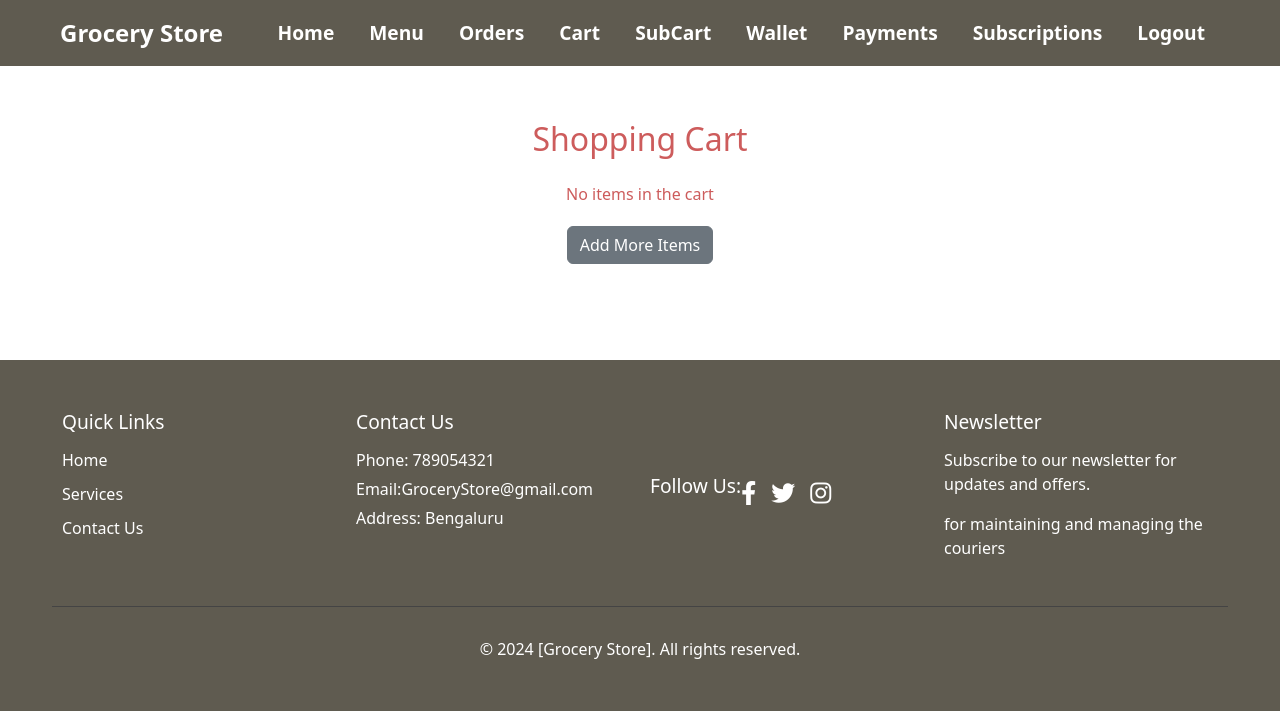
Repository: NagaMounikaY/GroceriesSubscriptionBookingManagement
Page: http://localhost/GroceriesSubBookingSystem/WEB-INF/views/addToCart.jsp
An editor plug-in stored every save of this project. The page is shown before and after the next save, followed by the edit.
The browser window is 1280 px wide. The pictures show the whole page.
The page is served by Tomcat 9. Nobody is signed in. Other server files are loaded and not shown. The template is opened directly, without the code that normally fills it, so the values that code supplies are empty.

Above is the page before, as saved 2024-09-17 03:55:49.

### GroceriesSubBookingSystem/src/main/webapp/WEB-INF/views/addToCart.jsp
<%@ page language="java" contentType="text/html; charset=ISO-8859-1"
    pageEncoding="ISO-8859-1" isELIgnored="false" import="com.crimsonlogic.groceriessubbookingsystem.entity.Order" %>
<%@ taglib uri="http://java.sun.com/jsp/jstl/core" prefix="c" %>
<!DOCTYPE html>
<html>
<head>
    <meta charset="UTF-8">
    <meta name="viewport" content="width=device-width, initial-scale=1.0">
    <title>Shopping Cart</title>
    <link rel="stylesheet" href="https://stackpath.bootstrapcdn.com/bootstrap/4.5.2/css/bootstrap.min.css">
    <link rel="stylesheet" href="https://cdnjs.cloudflare.com/ajax/libs/font-awesome/5.15.4/css/all.min.css">
    <style>
        .cart-table th, .cart-table td {
            vertical-align: middle;
        }
        .cart-table img {
            width: 100px; /* Increased width */
            height: auto;
        }
        .btn-back {
            margin-top: 20px;
        }
        .total-amount {
            font-weight: bold;
            font-size: 1.2em;
        }
        .quantity-buttons {
            display: flex;
            align-items: center;
        }
        .quantity-buttons button {
            width: 30px; /* Reduced button width */
            height: 30px; /* Reduced button height */
            font-size: 1.2rem; /* Reduced font size */
            line-height: 1;
            border: none;
            background-color: rgba(220, 53, 69, 0.8); /* Danger color (red) */
            color: white;
            cursor: pointer;
            display: flex;
            align-items: center;
            justify-content: center;
        }
        .quantity-buttons button:hover {
            background-color: rgba(220, 53, 69, 1); /* Darker red on hover */
        }
        .quantity-buttons span {
            display: inline-block;
            width: 30px; /* Match width to button size */
            height: 30px; /* Match height to button size */
            line-height: 30px;
            text-align: center;
            font-size: 1.2rem; /* Match font size to button */
            border: 1px solid #ced4da;
            border-radius: 0.25rem;
            background-color: #fff;
        }
        .btn-primary {
            background-color: rgba(56, 51, 37, 0.8); /* Custom color */
            border-color: rgba(56, 51, 37, 0.8); /* Match border color */
        }
        .btn-primary:hover {
            background-color: rgba(56, 51, 37, 1); /* Darker color on hover */
            border-color: rgba(56, 51, 37, 1); /* Match border color on hover */
        }
        .btn-light {
            background-color: rgba(56, 51, 37, 0.8); /* Custom color */
            border-color: rgba(56, 51, 37, 0.8); /* Match border color */
        }
        .btn-light:hover {
            background-color: rgba(56, 51, 37, 1); /* Darker color on hover */
            border-color: rgba(56, 51, 37, 1); /* Match border color on hover */
        }
        .text-center {
            color: #CD5C5C; /* Match the icon color */
        }
    </style>
</head>
<body>
    <!-- Header Section -->
    <jsp:include page="/customerHeader.jsp"></jsp:include>
    <br><br><br>
    <div class="container mt-5">
        <h2 class="mb-4 text-center">Shopping Cart</h2>
        <c:choose>
            <c:when test="${empty cart}">
                <p class="text-center">No items in the cart</p>
            </c:when>
            <c:otherwise>
                <table class="table table-bordered cart-table">
                    <thead class="btn-secondary">
                        <tr>
                            <th>Item</th>
                            <th>Image</th>
                            <th>Price</th>
                            <th>Date</th>
                            <th>Quantity</th>
                            <th>Total</th>
                            <th>Action</th>
                        </tr>
                    </thead>
                    <tbody>
                        <c:forEach var="order" items="${cart}" varStatus="status">
                            <tr>
                                <td>${order.grocery.groceryName}</td>
                                <td><img src="${pageContext.request.contextPath}/uploaded/${order.grocery.imageURL}" alt="Image of ${order.grocery.groceryName}"></td>
                                <td>$${order.grocery.grocery_price}</td>
                                <td>${order.order_date}</td>
                                <td>
                                    <div class="quantity-buttons">
                                        <form action="${pageContext.request.contextPath}/orders/reduceQuantity" method="post" style="display:inline;">
                                            <input type="hidden" name="index" value="${status.index}">
                                            <button type="submit" class="btn btn-light btn-sm"><i class="fas fa-minus"></i></button>
                                        </form>
                                        <span>${order.quantity}</span>
                                        <form action="${pageContext.request.contextPath}/orders/addQuantity" method="post" style="display:inline;">
                                            <input type="hidden" name="index" value="${status.index}">
                                            <button type="submit" class="btn btn-light btn-sm"><i class="fas fa-plus"></i></button>
                                        </form>
                                    </div>
                                </td>
                                <td>$${order.totalAmount}</td>
                                <td>
                                    <form action="${pageContext.request.contextPath}/orders/remove" method="post" style="display:inline;">
                                        <input type="hidden" name="index" value="${status.index}">
                                        <button type="submit" class="btn btn-danger btn-sm">Remove</button>
                                    </form>
                                </td>
                            </tr>
                        </c:forEach>
                    </tbody>
                </table>
                <div class="text-right total-amount">
                    Total Amount: $${totalAmount}
                </div>
                <div class="text-center mt-3">
                    <a href="${pageContext.request.contextPath}/orders/checkout" class="btn btn-primary">Card</a>
                    <a href="${pageContext.request.contextPath}/orders/walletcheckout" class="btn btn-primary">Wallet</a>
                </div>
            </c:otherwise>
        </c:choose>
        <div class="text-center btn-back">
            <a href="${pageContext.request.contextPath}/groceries/list" class="btn btn-secondary">Add More Items</a>
        </div>
    </div>

    <!-- Insufficient Balance Modal -->
    <div class="modal fade" id="insufficientBalanceModal" tabindex="-1" role="dialog" aria-labelledby="insufficientBalanceModalLabel" aria-hidden="true">
        <div class="modal-dialog" role="document">
            <div class="modal-content">
                <div class="modal-header">
                    <h5 class="modal-title" id="insufficientBalanceModalLabel">Insufficient Balance</h5>
                    <button type="button" class="close" data-dismiss="modal" aria-label="Close">
                        <span aria-hidden="true">×</span>
                    </button>
                </div>
                <div class="modal-body">
                    Your wallet balance is insufficient to complete this transaction. Please recharge your wallet.
                </div>
                <div class="modal-footer">
                    <button type="button" class="btn btn-secondary" data-dismiss="modal">Close</button>
                    <a href="${pageContext.request.contextPath}/wallets/wallet" class="btn btn-primary">Recharge Wallet</a>
                </div>
            </div>
        </div>
    </div>
    <br><br><br><br>
    <!-- Footer Section -->
<jsp:include page="/footer.jsp"></jsp:include>
    <script src="https://code.jquery.com/jquery-3.5.1.slim.min.js"></script>
    <script src="https://cdn.jsdelivr.net/npm/@popperjs/core@2.9.2/dist/umd/popper.min.js"></script>
    <script src="https://stackpath.bootstrapcdn.com/bootstrap/4.5.2/js/bootstrap.min.js"></script>
    <script>
        $(document).ready(function() {
            <c:if test="${not empty message && message == 'Insufficient wallet balance. Please recharge your wallet.'}">
                $('#insufficientBalanceModal').modal('show');
            </c:if>
        });
    </script>
</body>
</html>

### GroceriesSubBookingSystem/src/main/webapp/customerHeader.jsp
<%@ page language="java" contentType="text/html; charset=ISO-8859-1"
	pageEncoding="ISO-8859-1" isELIgnored="false"%>
<!DOCTYPE html PUBLIC "-//W3C//DTD HTML 4.01 Transitional//EN" "http://www.w3.org/TR/html4/loose.dtd">
<html>
<head>
<meta http-equiv="Content-Type" content="text/html; charset=ISO-8859-1">
<title>Courier Booking System</title>
<link
	href="https://stackpath.bootstrapcdn.com/bootstrap/5.3.0/css/bootstrap.min.css"
	rel="stylesheet">
<link rel="stylesheet"
	href="https://cdnjs.cloudflare.com/ajax/libs/font-awesome/4.7.0/css/font-awesome.min.css">
<style>
/* Header */
header {
	background: rgba(56, 51, 37, 0.8);
	color: #fff;
	padding: 15px 0;
	position: fixed;
	width: 100%;
	top: 0;
	left: 0;
	z-index: 1000;
}

header .container {
	display: flex;
	justify-content: space-between;
	align-items: center;
	max-width: 1200px;
	margin: 0 auto;
	padding: 0 20px;
}

header .logo {
	font-size: 1.5em; /* Increased size for the logo */
	font-weight: bold;
}

header nav {
	flex-grow: 1;
}

header nav ul {
	list-style: none;
	display: flex;
	justify-content: flex-end;
	margin: 0;
	padding: 0;
}

header nav ul li {
	margin-left: 05px;
}

header nav ul li a {
	color: #fff;
	text-decoration: none;
	padding: 10px 15px; /* Increased padding for better click area */
	font-size: 1.2em; /* Increased font size for navigation links */
	border-radius: 5px;
}

header nav ul li a:hover {
	background: #dd4545;
}
</style>
</head>
<body>
	<!-- Header -->
	<header>
	<div class="container">
		<div class="logo">Grocery Store</div>
		<nav>
		<ul>
			<li><a href="${pageContext.request.contextPath}/home.jsp"><strong>Home</strong></a></li>
			<li><a href="${pageContext.request.contextPath}/groceries/list"><strong>Menu</strong></a></li>
			<li><a
				href="${pageContext.request.contextPath}/orders/viewOrders"><strong>Orders</strong></a></li>
			<li><a href="${pageContext.request.contextPath}/orders/cart"><strong>Cart</strong></a></li>
			<li><a
				href="${pageContext.request.contextPath}/subscription/subcart"><strong>SubCart</strong></a></li>
			<li><a href="${pageContext.request.contextPath}/wallets/wallet"><strong>Wallet</strong></a></li>
			<li><a href="${pageContext.request.contextPath}/payment/history"><strong>Payments</strong></a></li>
			<li><a
				href="${pageContext.request.contextPath}/subscription/subscriptionlist"><strong>Subscriptions</strong></a></li>
			<li><a href="${pageContext.request.contextPath}/home.jsp"><strong>Logout</strong></a></li>
		</ul>
		</nav>
	</div>
	</header>

	<script src="https://code.jquery.com/jquery-3.5.1.slim.min.js"></script>
	<script
		src="https://cdn.jsdelivr.net/npm/@popperjs/core@2.11.6/dist/umd/popper.min.js"></script>
	<script
		src="https://stackpath.bootstrapcdn.com/bootstrap/5.3.0/js/bootstrap.bundle.min.js"></script>
</body>
</html>

### GroceriesSubBookingSystem/src/main/webapp/footer.jsp
<%@ page language="java" contentType="text/html; charset=ISO-8859-1"
	pageEncoding="ISO-8859-1" isELIgnored="false"%>
<!DOCTYPE html>
<html>
<head>
<meta http-equiv="Content-Type" content="text/html; charset=ISO-8859-1">
<title>Insert title here</title>
<link
	href="https://stackpath.bootstrapcdn.com/bootstrap/5.3.0/css/bootstrap.min.css"
	rel="stylesheet">
<link rel="stylesheet"
	href="https://cdnjs.cloudflare.com/ajax/libs/font-awesome/6.0.0-beta3/css/all.min.css">
<style>
/* Features Section */
.features {
	padding: 60px 20px;
	background: #f9f9f9;
}

.features h2 {
	text-align: center;
	margin-bottom: 40px;
}

.feature-cards {
	display: flex;
	justify-content: space-around;
	flex-wrap: wrap;
}

.feature-card {
	background: #fff;
	border-radius: 8px;
	box-shadow: 0 4px 8px rgba(0, 0, 0, 0.1);
	padding: 20px;
	width: 22%;
	text-align: center;
	margin-bottom: 20px;
}

.feature-card img {
	max-width: 50px;
	margin-bottom: 10px;
}

.feature-card h3 {
	margin: 10px 0;
	font-size: 1.2em;
}

.feature-card p {
	color: #666;
}

/* Footer */
footer {
	background: rgba(56, 51, 37, 0.8);
	color: #fff;
	padding: 40px 20px;
}

footer .container {
	max-width: 1200px;
	margin: 0 auto;
}

.footer-top {
	display: flex;
	justify-content: space-between;
	flex-wrap: wrap;
	margin-bottom: 20px;
}

.footer-top div {
	flex: 1;
	margin: 10px;
}

.footer-top h3 {
	margin-bottom: 15px;
	font-size: 1.2em;
}

.footer-top ul {
	list-style: none;
	padding: 0;
}

.footer-top ul li {
	margin-bottom: 10px;
}

.footer-top ul li a {
	color: #fff;
	text-decoration: none;
}

.footer-top ul li a:hover {
	text-decoration: underline;
}

.footer-contact p, .footer-social a {
	margin: 5px 0;
}

.footer-social {
	display: flex;
	align-items: center;
}

.footer-social a {
	color: #fff;
	text-decoration: none;
	margin-right: 15px;
	font-size: 1.5em;
}

.footer-social a:hover {
	text-decoration: underline;
}

.footer-newsletter form {
	display: flex;
	justify-content: center;
	margin-top: 10px;
}

.footer-newsletter input {
	padding: 10px;
	border-radius: 5px;
	border: none;
	width: 250px;
	margin-right: 10px;
}

.footer-newsletter button {
	padding: 10px 20px;
	border-radius: 5px;
	border: none;
	background: #007BFF;
	color: #fff;
	font-weight: bold;
	cursor: pointer;
}

.footer-bottom {
	text-align: center;
	padding-top: 20px;
	border-top: 1px solid #444;
}

.footer-bottom p {
	margin: 10px 0;
}
</style>
</head>
<body>
	<!-- Footer -->
	<footer>
		<div class="container">
			<div class="footer-top">
				<div class="footer-links">
					<h3>Quick Links</h3>
					<ul>
						<li><a href="${pageContext.request.contextPath}/home.jsp">Home</a></li>
						<li><a href="${pageContext.request.contextPath}/services.jsp">Services</a></li>
						<li><a href="${pageContext.request.contextPath}/contact.jsp">Contact
								Us</a></li>
					</ul>
				</div>
				<div class="footer-contact">
					<h3>Contact Us</h3>
					<p>Phone: 789054321</p>
					<p>Email:GroceryStore@gmail.com</p>
					<p>Address: Bengaluru</p>
				</div>
				<div class="footer-social">
					<h3>Follow Us:</h3>
					<br> <br> <a href="" class="fab fa-facebook-f"></a> <a
						href="#" class="fab fa-twitter"></a> <a href="#"
						class="fab fa-instagram"></a>
				</div>
				<div class="footer-newsletter">
					<h3>Newsletter</h3>
					<p>Subscribe to our newsletter for updates and offers.</p>
					<p>for maintaining and managing the couriers</p>
				</div>
			</div>
			<div class="footer-bottom">
				<p>&copy; 2024 [Grocery Store]. All rights reserved.</p>
			</div>
		</div>
	</footer>
	<!-- Footer -->
</body>
</html>

After the next save:
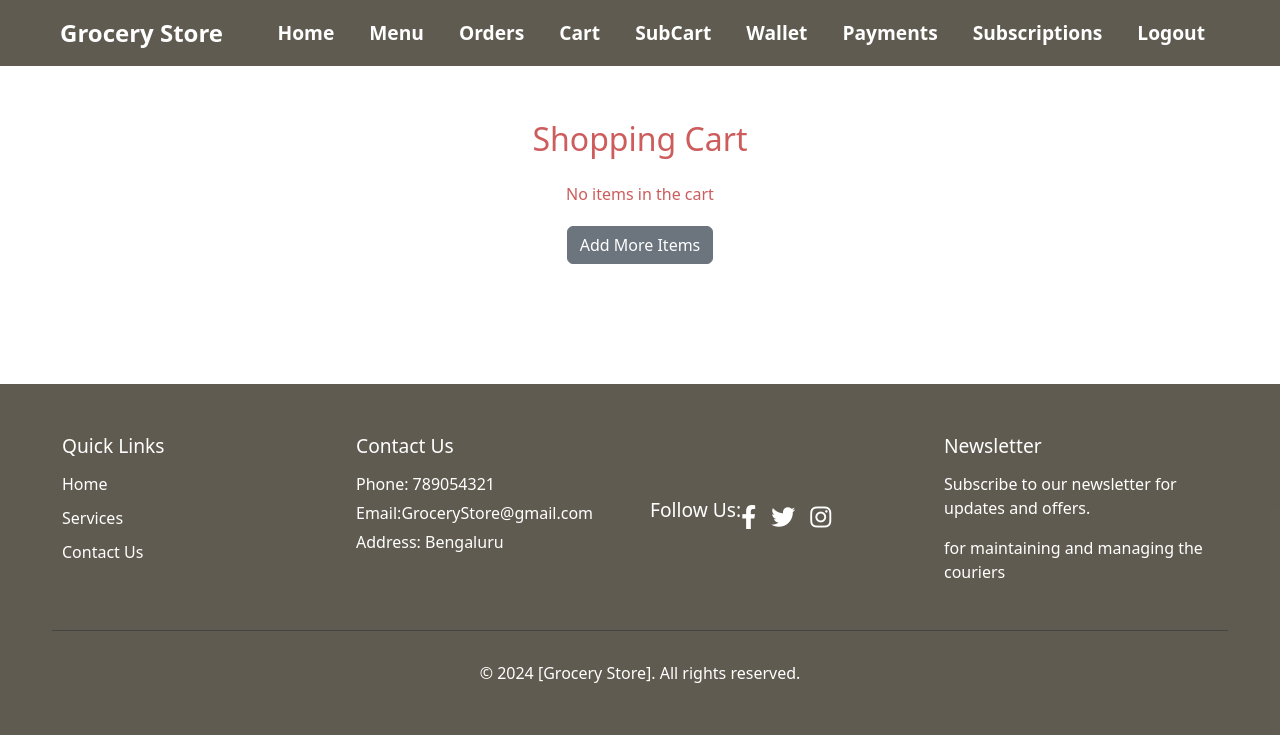
Saved 15 s later.
--- a/GroceriesSubBookingSystem/src/main/webapp/WEB-INF/views/addToCart.jsp
+++ b/GroceriesSubBookingSystem/src/main/webapp/WEB-INF/views/addToCart.jsp
@@ -164,7 +164,7 @@
             </div>
         </div>
     </div>
-    <br><br><br><br>
+    <br><br><br><br><br>
     <!-- Footer Section -->
 <jsp:include page="/footer.jsp"></jsp:include>
     <script src="https://code.jquery.com/jquery-3.5.1.slim.min.js"></script>
